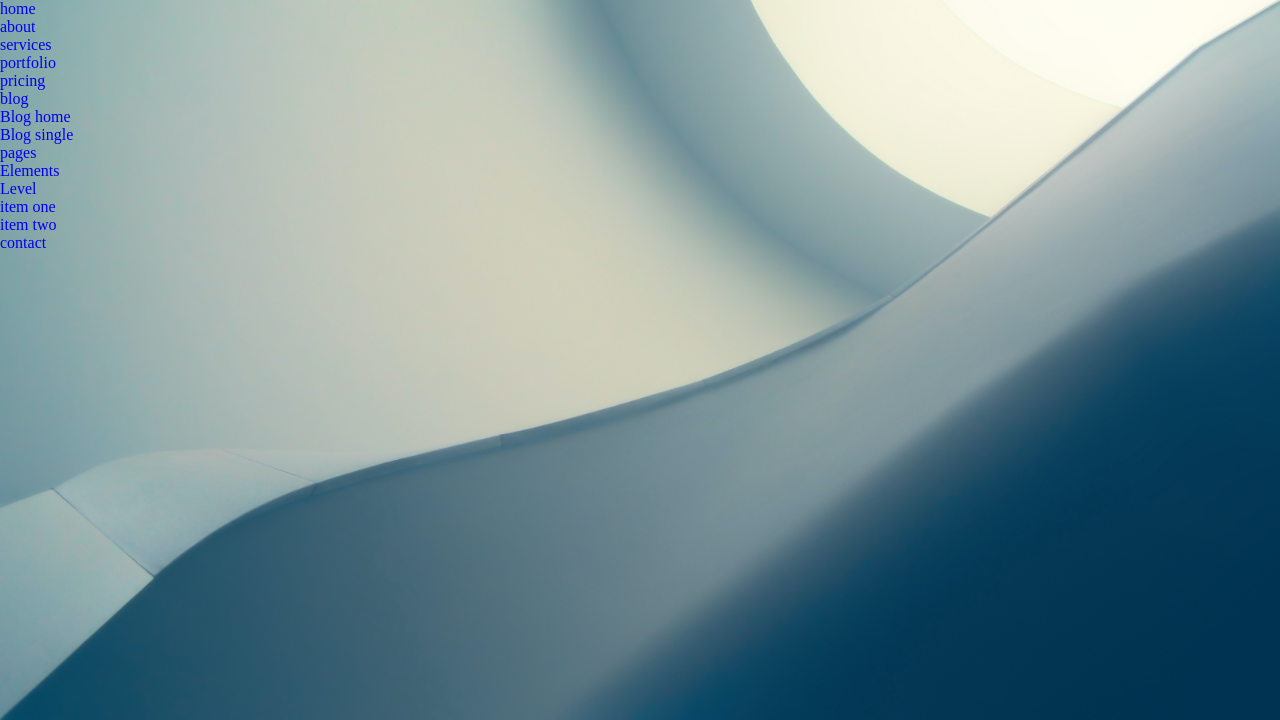
Repository: mdaj6804gmail/1-page-web-theme
Page: project 4/index.html
These files come from the project's save history. The page is drawn as it stood at one moment and after the next save; the edit follows.
The browser window is 1280 px wide. The pictures show the whole page.

Above is the page before, as saved 2022-12-18 18:39:03.

### project 4/index.html
<!DOCTYPE html>
<html lang="en">
<head>
    <meta charset="UTF-8">
    <meta http-equiv="X-UA-Compatible" content="IE=edge">
    <meta name="viewport" content="width=device-width, initial-scale=1.0">
    <link rel="stylesheet" href="style.css">
    <title>Document</title>
</head>
<body>
    <header>
        <div class="logo"> </div>
        <nav>
            <ul>
                <li><a href="#">home</a></li>
                <li><a href="#">about</a></li>
                <li><a href="#">services</a></li>
                <li><a href="#">portfolio</a></li>
                <li><a href="#">pricing</a></li>
                <li><a href="#">blog</a>
                    <ul>
                        <li><a href="#">Blog home</a></li>
                        <li><a href="#">Blog single</a></li>
                    </ul>
                </li>
                <li><a href="#">pages</a>
                     <ul>
                        <li><a href="#">Elements</a></li>
                        <li><a href="#">Level</a>
                        <ul>
                            <li><a href="#">item one</a></li>
                            <li><a href="#">item two</a></li>
                        </ul>
                        </li>
                     </ul>
                </li>
                <li><a href="#">contact</a></li>
            </ul>
        </nav>
    </header>

</body>
</html>

### project 4/style.css
*{
    padding: 0;
    margin: 0;
    box-sizing: border-box;
    text-decoration: none;
}

body{
    background-image: url(pexels-johannes-plenio-1103970.jpg);
    background-attachment: fixed;
    background-position: center center;
    background-repeat: no-repeat;
    background-size: 100% 100%;

}

After the next save:
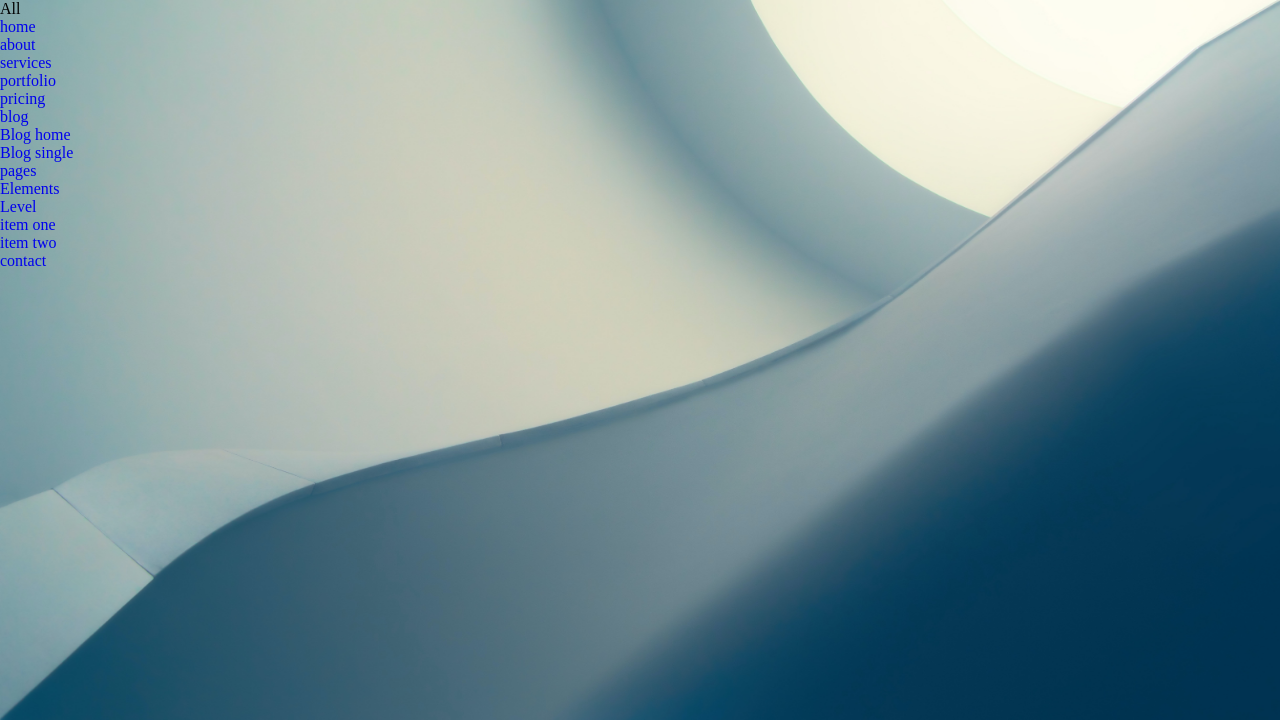
Saved 5 s later.
--- a/project 4/index.html
+++ b/project 4/index.html
@@ -9,7 +9,7 @@
 </head>
 <body>
     <header>
-        <div class="logo"> </div>
+        <div class="logo">All  </div>
         <nav>
             <ul>
                 <li><a href="#">home</a></li>
